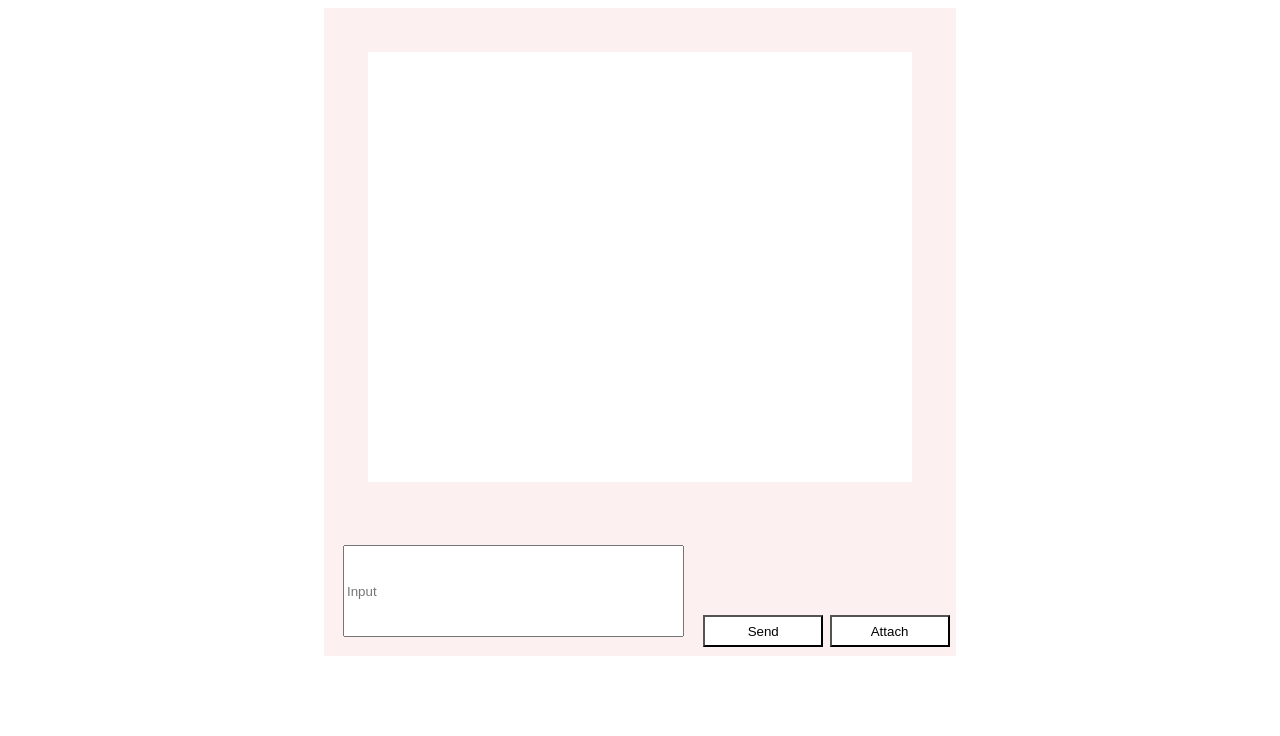
Repository: ddt2h/node-express-chat
Page: front/index.html
These files come from the project's save history. The page is drawn as it stood at one moment and after the next save; the edit follows.
The browser window is 1280 px wide. The pictures show the whole page.

Above is the page before, as saved 2024-07-05 15:09:34.

### front/index.html
<!DOCTYPE html>
<html lang="en">

<head>
    <meta charset="UTF-8">
    <meta name="viewport" content="width=device-width, initial-scale=1.0">
    <style>
        body {
            display: grid;
            justify-items: center;
            height: 100vh;
        }

        .mainframe {
            width: 50%;
            height: 90%;
            background-color: rgb(252, 240, 240);
            display: grid;
            grid-template-columns: repeat(5, 1fr);
            grid-template-rows: repeat(5, 1fr);
            grid-column-gap: 0px;
            grid-row-gap: 0px;
        }

        .mainframe-input {
            grid-area: 5 / 1 / 6 / 4;
            margin: 5%;
        }

        .mainframe-send {
            grid-area: 5 / 4 / 6 / 5;
            background-color: rgb(255, 255, 255);
            margin-top: 70%;
            margin-right: 5%;
            height: 25%;
        }

        .mainframe-attach {
            grid-area: 5 / 5 / 6 / 6;
            background-color: rgb(255, 255, 255);
            margin-top: 70%;
            margin-right: 5%;
            height: 25%;
        }

        .mainframe-field {
            grid-area: 1 / 1 / 5 / 6;
            background-color: rgb(255, 255, 255);
            margin: 7%;
        }
    </style>
    <title>---</title>
</head>

<body>
    <div class="mainframe">
        <input type="text" class="mainframe-input" placeholder="Input">
        <input type="button" class="mainframe-send" value="Send">
        <input type="button" class="mainframe-attach" value="Attach">
        <div class="mainframe-field">
    </div>

</body>

</html>

After the next save:
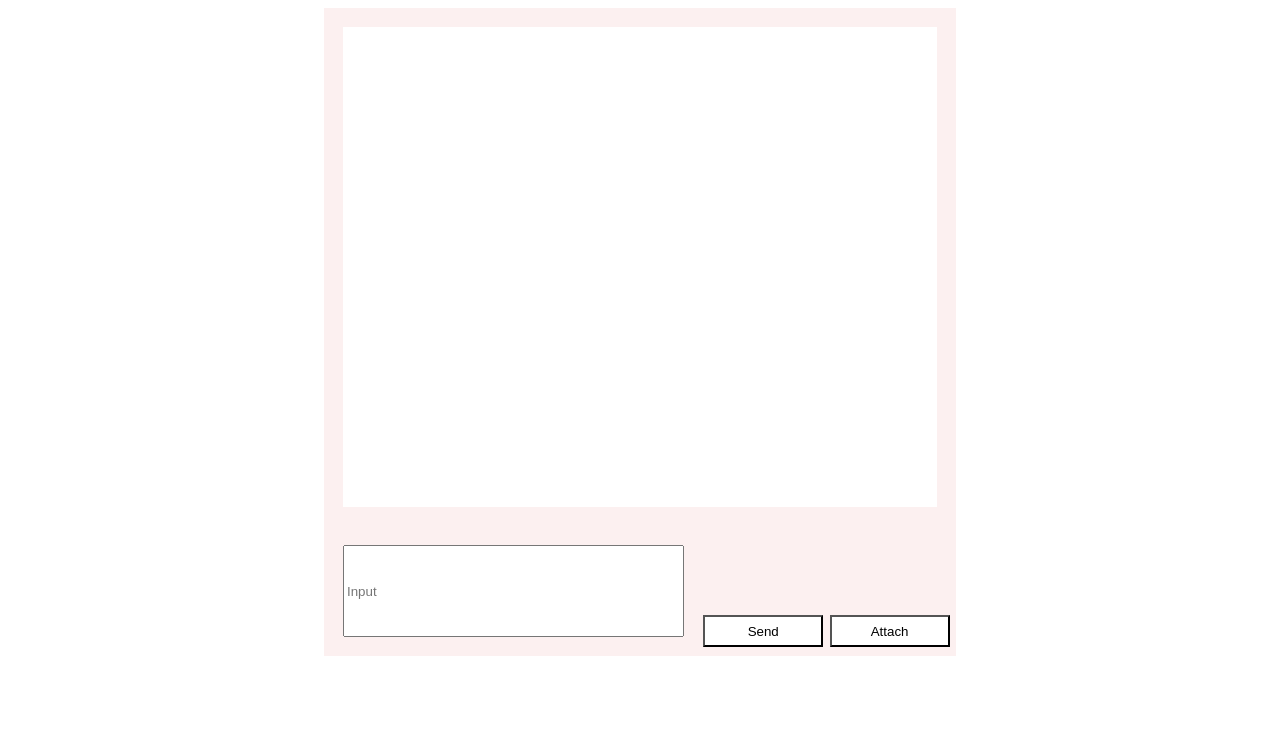
Saved 14 s later.
--- a/front/index.html
+++ b/front/index.html
@@ -46,7 +46,7 @@
         .mainframe-field {
             grid-area: 1 / 1 / 5 / 6;
             background-color: rgb(255, 255, 255);
-            margin: 7%;
+            margin: 3%;
         }
     </style>
     <title>---</title>
